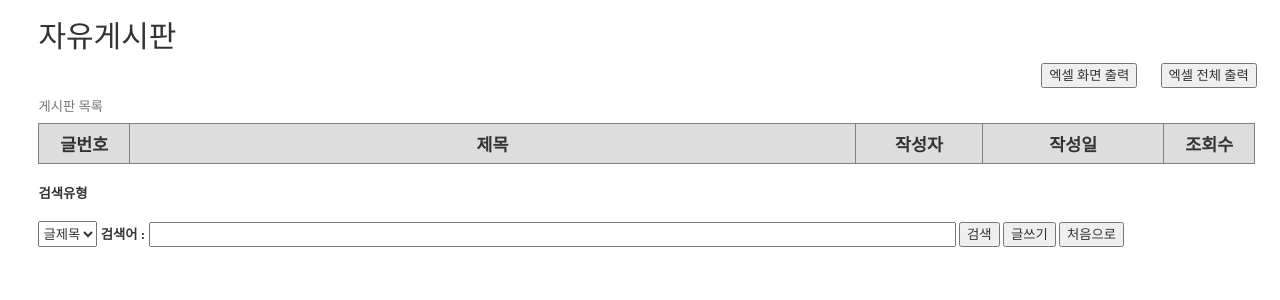
Repository: sser98/bowtech
Page: http://localhost/Board/WEB-INF/views/tiles1/board/list.jsp
The author's editor kept a copy of each file at every save. The page is drawn from the files as they stood at one save, then again after the next save.
The browser window is 1280 px wide. The pictures show the whole page.
The page is served by Tomcat 9. Nobody is signed in. The template is opened directly, without the code that normally fills it, so the values that code supplies are empty.

Above is the page before, as saved 2021-03-09 10:04:49.

After the next save:
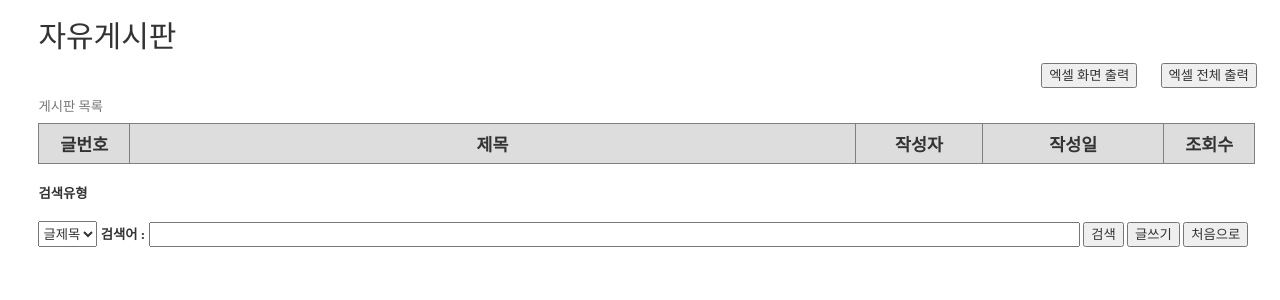
Saved 33 s later.
--- a/Board/src/main/webapp/WEB-INF/views/tiles1/board/list.jsp
+++ b/Board/src/main/webapp/WEB-INF/views/tiles1/board/list.jsp
@@ -38,7 +38,7 @@
 
 
     #searchWord {
-    	width: 65%;
+    	width: 75%;
 
     }
 
